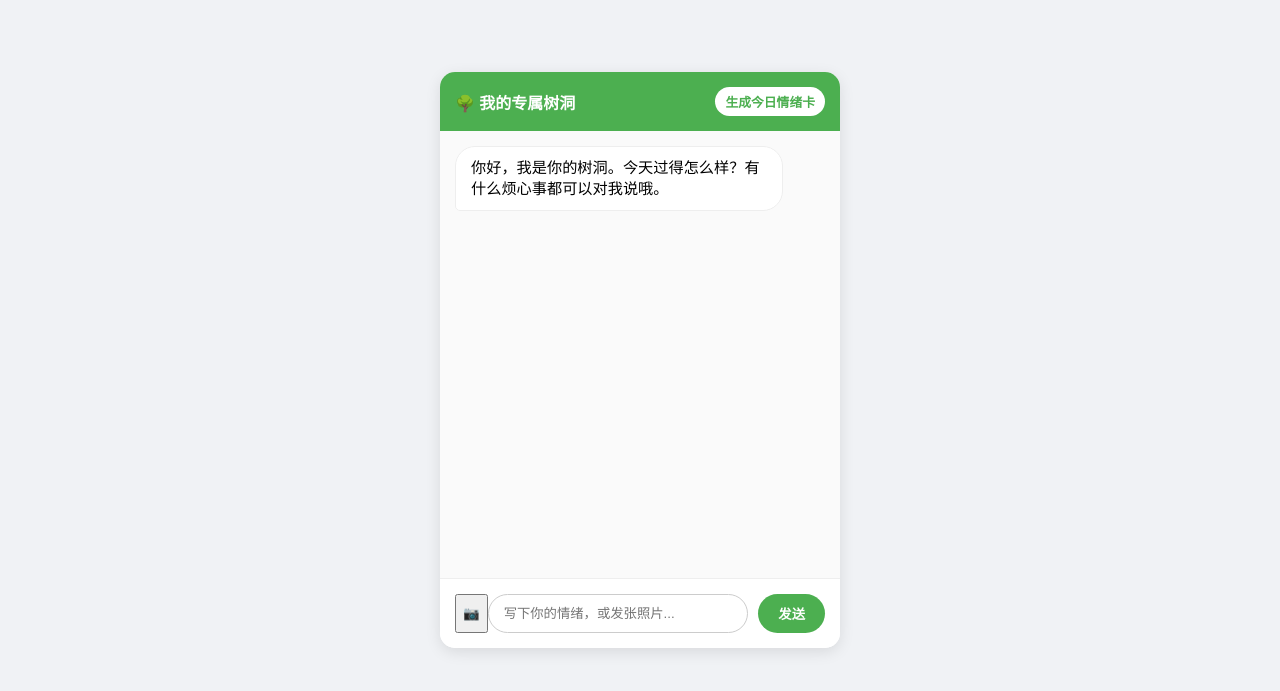
Repository: QinghuaSun1127/Tree_house
Page: index.html
These files come from the project's save history. The page is drawn as it stood at one moment and after a run of saves; the edit follows.
The browser window is 1280 px wide. The pictures show the whole page.

Above is the page before, as saved 2026-04-09 21:02:56.

After the next 2 saves:
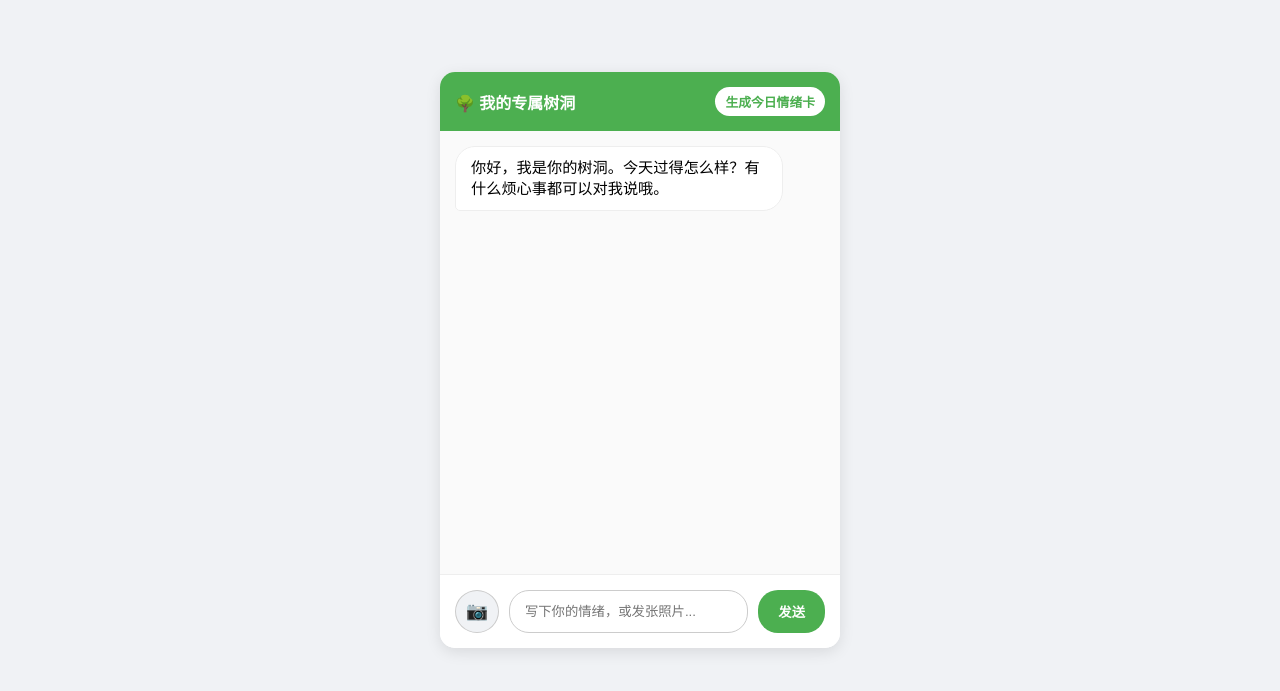
The 2 saves are shown as one change because they came seconds apart.
The last was saved 19 s later.
--- a/index.html
+++ b/index.html
@@ -120,6 +120,17 @@
             cursor: pointer;
             font-weight: bold;
         }
+        button.upload-btn {
+            background-color: #f0f2f5;
+            color: #333;
+            border: 1px solid #ccc;
+            padding: 10px;
+            border-radius: 50%;
+            cursor: pointer;
+            margin-right: 10px;
+            font-size: 1.1em;
+        }
+        button.upload-btn:hover { background-color: #e4e6e9; }
     </style>
 </head>
 
